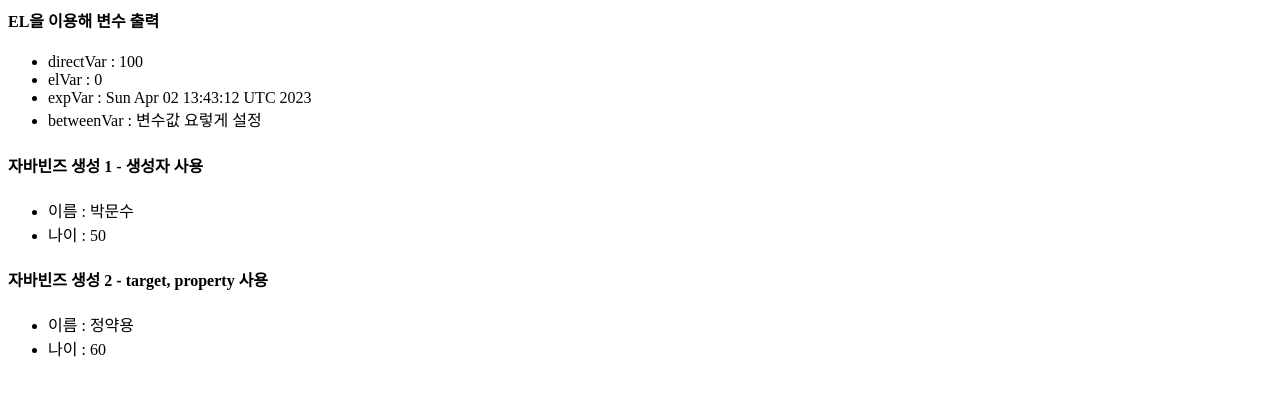
Repository: jungwoonAn/jsp_basic
Page: http://localhost/MustHaveJSP/11_JSTL/core/Set1.jsp
These files come from the project's save history. The page is drawn as it stood at one moment and after the next save; the edit follows.
The browser window is 1280 px wide. The pictures show the whole page.
The page is served by Tomcat 10. Other server files are loaded and not shown.

Above is the page before, as saved 2024-10-24 07:56:02.

### MustHaveJSP/src/main/webapp/11_JSTL/core/Set1.jsp
<%@ page import="java.util.Date"%>
<%@ page import="common.Person"%>
<%@ page language="java" contentType="text/html; charset=UTF-8"
    pageEncoding="UTF-8"%>
<%@ taglib prefix="c" uri="jakarta.tags.core" %>
<html>
<head><title>JSTL - set 1</title></head>
<body>
    <!-- 변수 선언 -->
    <c:set var="directVar" value="100" />
    <c:set var="elVar" value="${ directVar mod 5}" />
    <c:set var="expVar" value="<%= new Date() %>" />
    <c:set var="betweenVar">변수값 요렇게 설정</c:set>

    <h4>EL을 이용해 변수 출력</h4>
    <ul>
        <li>directVar : ${ pageScope.directVar }</li>
        <li>elVar : ${ elVar }</li>
        <li>expVar : ${ expVar }</li>
        <li>betweenVar : ${ betweenVar }</li>
    </ul>

    <h4>자바빈즈 생성 1 - 생성자 사용</h4>
    <!-- Person personVar1 = new Person("박문수", 50) -->
    <c:set var="personVar1" value='<%= new Person("박문수", 50) %>'
           scope="request" />
    <ul>
        <li>이름 : ${ requestScope.personVar1.name }</li>
        <li>나이 : ${ personVar1.age}</li>
    </ul>

    <h4>자바빈즈 생성 2 - target, property 사용</h4>
    <c:set var="personVar2" value="<%= new Person() %>" scope="request" />
    <c:set target="${ personVar2 }" property="name" value="정약용" />
    <c:set target="${ personVar2 }" property="age" value="60" />
    <ul>
        <li>이름 : ${ personVar2.name }</li>
        <li>나이 : ${ requestScope.personVar2.age }</li>
    </ul>
</body>
</html>

### MustHaveJSP/src/main/java/common/Person.java
package common;

public class Person {
	private String name;
	private int age;

	public Person() {}

	public Person(String name, int age) {
		this.name = name;
		this.age = age;
	}

	public String getName() {
		return name;
	}

	public void setName(String name) {
		this.name = name;
	}

	public int getAge() {
		return age;
	}

	public void setAge(int age) {
		this.age = age;
	}
}

After the next save:
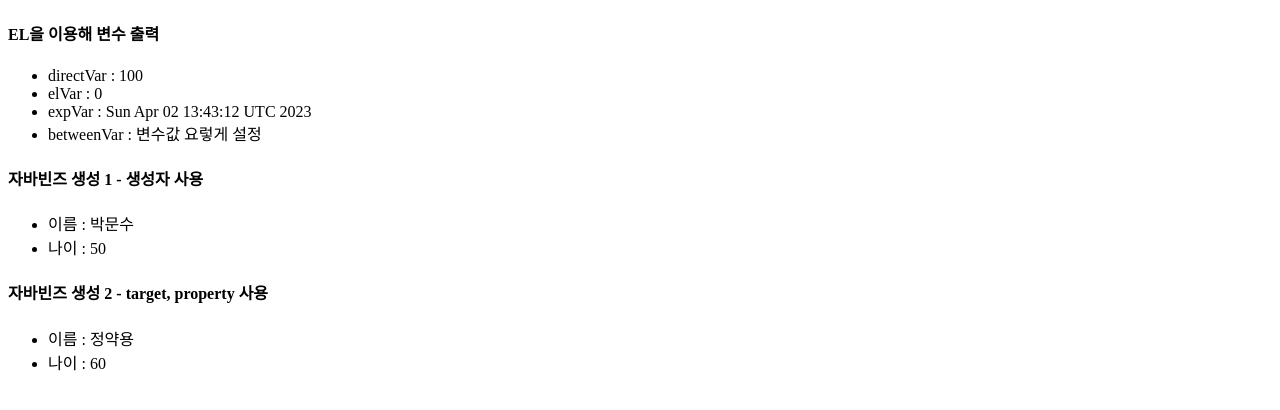
Saved 23 min 19 s later.
--- a/MustHaveJSP/src/main/webapp/11_JSTL/core/Set1.jsp
+++ b/MustHaveJSP/src/main/webapp/11_JSTL/core/Set1.jsp
@@ -3,8 +3,12 @@
 <%@ page language="java" contentType="text/html; charset=UTF-8"
     pageEncoding="UTF-8"%>
 <%@ taglib prefix="c" uri="jakarta.tags.core" %>
+<!DOCTYPE html>
 <html>
-<head><title>JSTL - set 1</title></head>
+<head>
+<meta charset="UTF-8">
+<title>JSTL - set 1</title>
+</head>
 <body>
     <!-- 변수 선언 -->
     <c:set var="directVar" value="100" />
